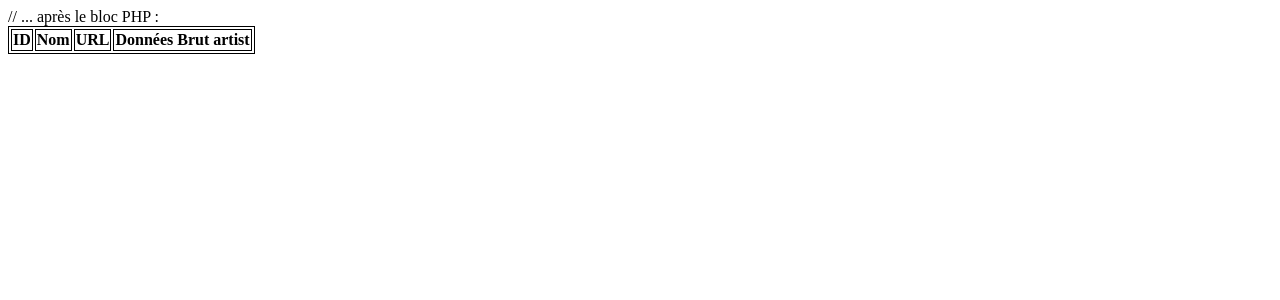
Repository: laurentbul/ApplicationEssai
Page: http://localhost/code/artists.php
These files come from the project's save history. The page is drawn as it stood at one moment and after the next save; the edit follows.
The browser window is 1280 px wide. The pictures show the whole page.
The page is run by PHP 8.4 with error messages shown; the project is at /var/www/html/. Queries for data that is not in the repository find no rows.

Above is the page before, as saved 2023-04-10 16:45:45.

After the next save:
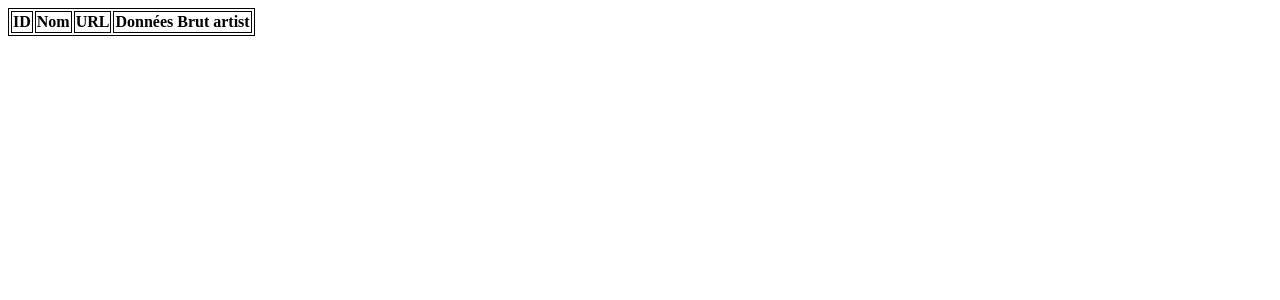
Saved 29 s later.
--- a/ncode/artists.php
+++ b/ncode/artists.php
@@ -15,8 +15,6 @@
     $requete->closeCursor();
 
 ?>
-
-// ... après le bloc PHP :
 
 <!DOCTYPE html>
 <html lang="fr">
